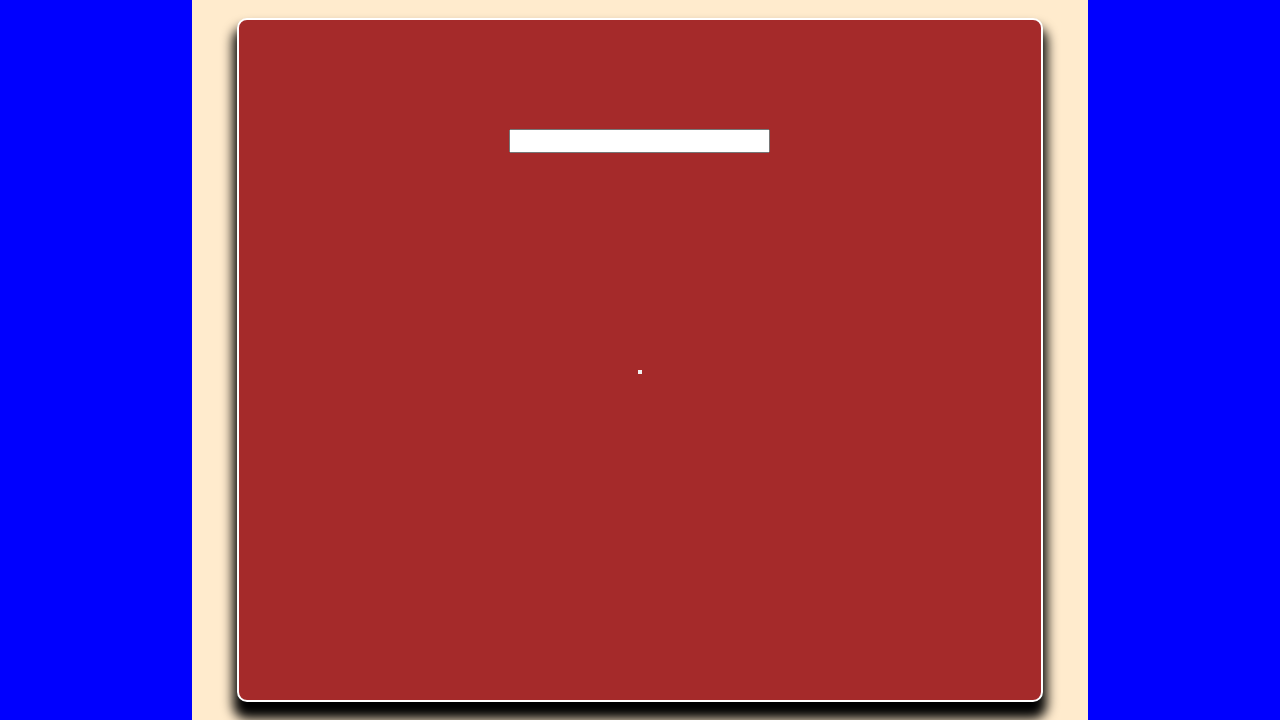
Repository: NarekTovmasyan/promise
Page: inex.html
An editor plug-in stored every save of this project. The page is shown before and after the next save, followed by the edit.
The browser window is 1280 px wide. The pictures show the whole page.

Above is the page before, as saved 2022-02-21 20:17:59.

### inex.html
<!DOCTYPE html>
<html lang="en">

<head>
    <meta charset="UTF-8">
    <meta http-equiv="X-UA-Compatible" content="IE=edge">
    <meta name="viewport" content="width=device-width, initial-scale=1.0">
    <title>Document</title>
    <link rel="stylesheet" href="./style.css">
</head>

<body>
    <div class="body">
        <div class="conteiner">
            <div class="main">
                <input type="number">
                <button></button>
                <div></div>
            </div>
        </div>
    </div>
    <script src="./script.js"></script>
</body>

</html>

### style.css
@import url('https://fonts.googleapis.com/css2?family=Poppins:wght@200;300;400;500;600;700&display=swap');
* {
    margin: 0;
    padding: 0;
    box-sizing: border-box;
    font-family: 'Poppins', sans-serif;
}

.body {
    background-color: blue;
    position: absolute;
    width: 100%;
    height: 100%;
    display: flex;
    align-items: center;
    justify-content: center;
}

.conteiner {
    background-color: blanchedalmond;
    position: relative;
    width: 70%;
    height: 100%;
    display: flex;
    align-items: center;
    justify-content: center;
}

.main {
    background-color: brown;
    position: relative;
    width: 90%;
    height: 95%;
    display: flex;
    align-items: center;
    justify-content: center;
    flex-direction: column;
    border: 2px solid white;
    border-radius: 10px;
    box-shadow: 0px 13px 12px 4px;
    display: flex;
    flex-direction: column;
    justify-content: space-around;
}

### script.js
// const myBirthday = (isSick) => {
//     return new Promise(function (resolve, reject) {
//       if (!isSick) {
//         setTimeout(() => resolve(2), 2000);
//       } else {
//         reject("I dont have cake :разочарование_облегчение:");
//       }
//     });
//   };
//   const handleCake = async () => {
//     try {
//       let result = await myBirthday(true); // result = 2
//       console.log(`I have ${result} cakes :день_рождения:`);
//     } catch (err) {
//       console.log(err);
//     } finally {
//       console.log("Party");
//     }
//   };
//   handleCake();



// myBirthday(true)
//   .then((result) => console.log(`I have ${result} cakes :день_рождения:`))
//   .catch((err) => console.log(err))
//   .finally(() => console.log("Party"));


// let number = 5;

// function compare(argument) {
//     return new Promise(function(resolve, reject) {
//         if (number > argument) {
//             resolve(number)
//         } else {
//             reject(new Error("oops"))
//         }
//     })
// };
// compare(6).then(function(number) {
//     console.log(number);
// }).catch(function(error) {
//     console.log(error);
// }).finally(() => {
//     console.log("barlus");
// })

After the next save:
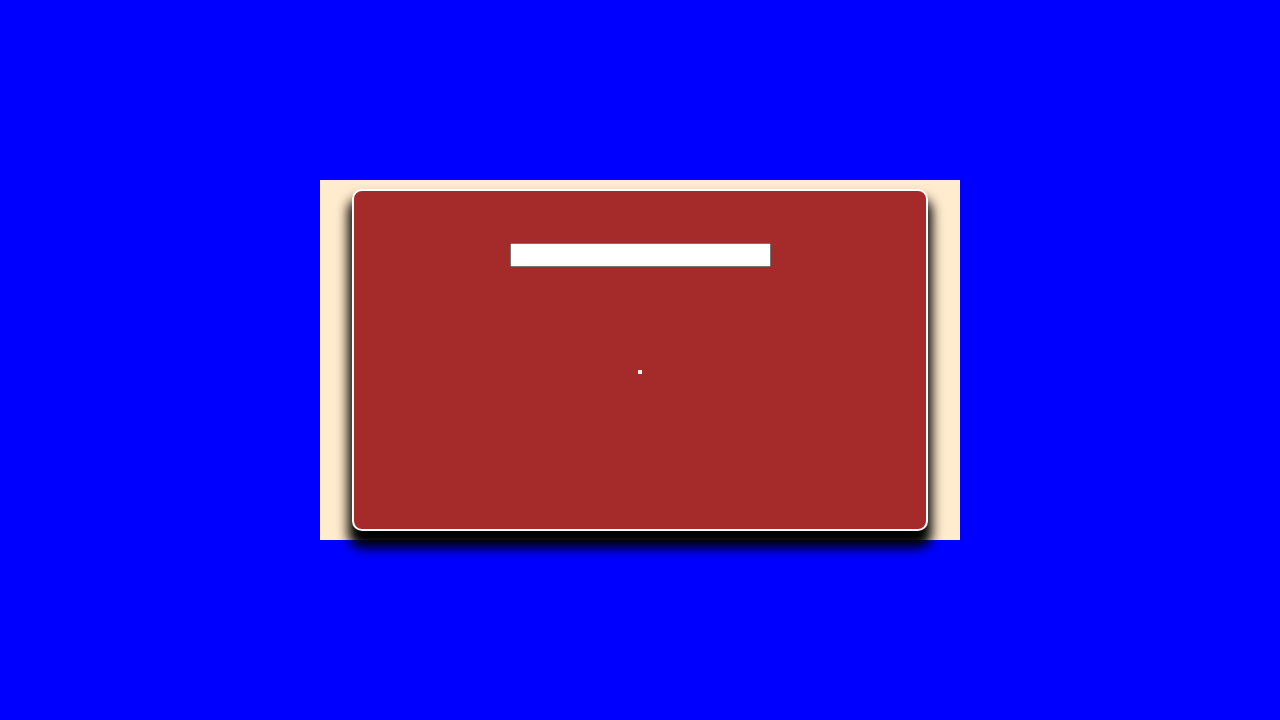
Saved 22 s later.
--- a/style.css
+++ b/style.css
@@ -19,8 +19,8 @@
 .conteiner {
     background-color: blanchedalmond;
     position: relative;
-    width: 70%;
-    height: 100%;
+    width: 50%;
+    height: 50%;
     display: flex;
     align-items: center;
     justify-content: center;
